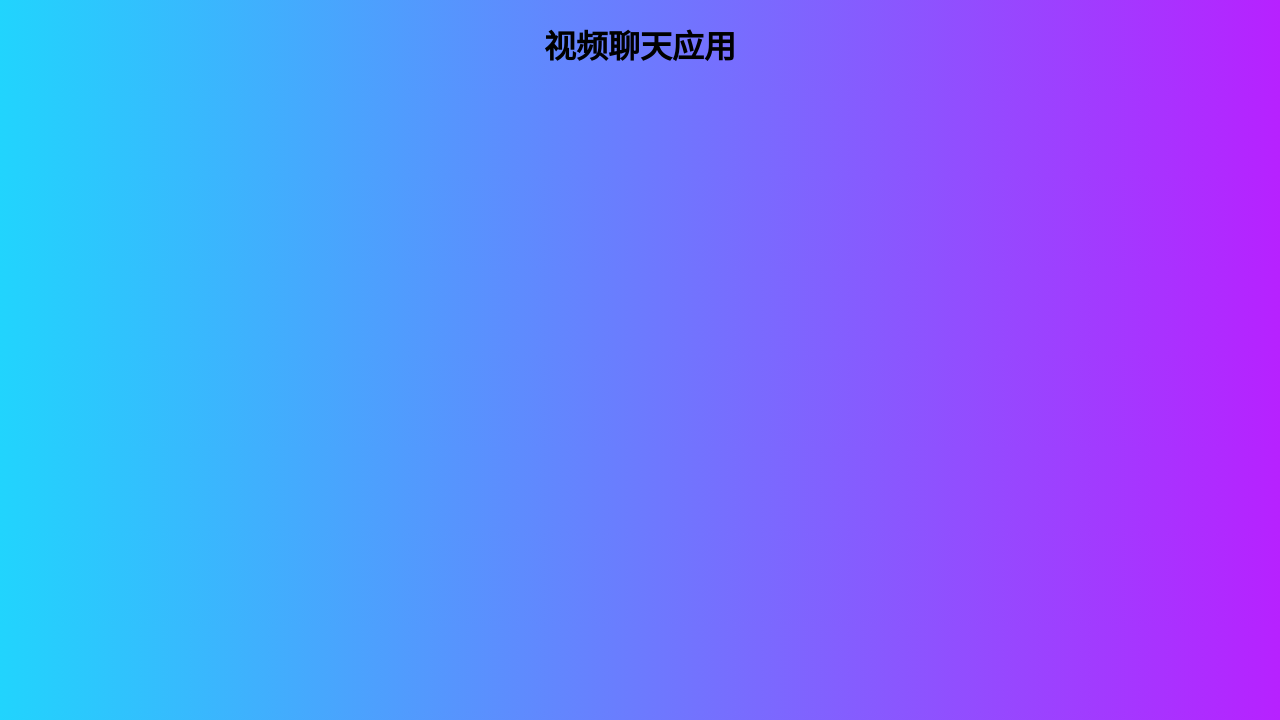
Repository: CodeFreedom-A/webRtc
Page: /
These files come from the project's save history. The page is drawn as it stood at one moment and after a run of saves; the edit follows.
The browser window is 1280 px wide. The pictures show the whole page.
The page's requests for data from a server got no answer. The project was rebuilt for these pictures with package versions that can differ from the ones it lists, and the page was loaded fresh each time. No one was signed in, and anything a server would have sent is missing.

Above is the page before, as saved 2022-12-21 16:36:17.

### src/App.js
/*
 * @Author: sunheng
 * @Date: 2022-12-21 15:50:22
 * @LastEditors: sunheng
 * @LastEditTime: 2022-12-21 16:35:54
 * @Description: 请填写简介
 */

import Button from "@material-ui/core/Button";
import IconButton from "@material-ui/core/IconButton";
import TextField from "@material-ui/core/TextField";
import AssignmentIcon from "@material-ui/icons/Assignment";
import PhoneIcon from "@material-ui/icons/Phone";
import React, { useEffect, useRef, useState } from "react";
import { CopyToClipboard } from "react-copy-to-clipboard";
import Peer from "simple-peer";
import io from "socket.io-client";
import "./App.css";
// 客户端socket链接
const socket = io.connect("http//localhost:5000");
function App() {
  return (
    <>
      <h1 style={{ textAlign: "center" }}>视频聊天应用</h1>
    </>
  );
}

export default App;

### src/App.css
.container {
  display: grid;
  grid-template-columns: 7fr 3fr;
  margin-top: 10rem;
}


.video-container {
  display: grid;
  grid-template-columns: 1fr 1fr;
  justify-content: center;
  align-content: center;

  margin-left: 10rem;
}


/* 右侧面板 */

.myId {
  margin-right: 5rem;
  border-radius: 5px;
  background: #c9d6ff;
  background: linear-gradient(to right,
      #e2e2e2,
      #c9d6ff);

  padding: 1rem;
  display: grid;
  justify-content: center;
  align-content: center;
}

.call-button {
  text-align: center;
  margin-top: 2rem;
}



.caller {
  text-align: center;
  color: #fff;
}

body {
  background-image: linear-gradient(to right, #21D4FD 0%, #B721FF 100%);

}

Loaded but not shown: public/index.html (common file); src/index.js (common file); src/index.css (common file); src/reportWebVitals.js (common file)

After the next 2 saves:
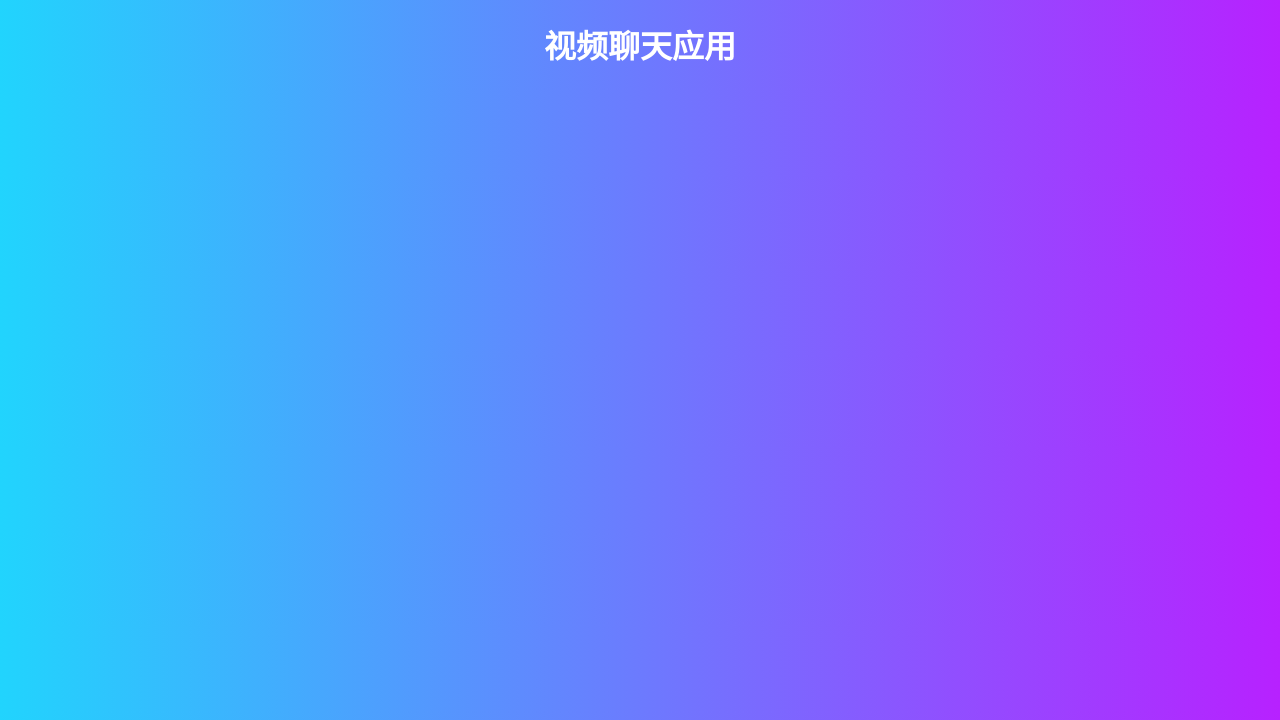
The 2 saves are shown as one change because they came seconds apart.
The last was saved 17 s later.
--- a/src/App.js
+++ b/src/App.js
@@ -21,7 +21,7 @@ const socket = io.connect("http//localhost:5000");
 function App() {
   return (
     <>
-      <h1 style={{ textAlign: "center" }}>视频聊天应用</h1>
+      <h1 style={{ textAlign: "center", color: "#fff" }}>视频聊天应用</h1>
     </>
   );
 }
